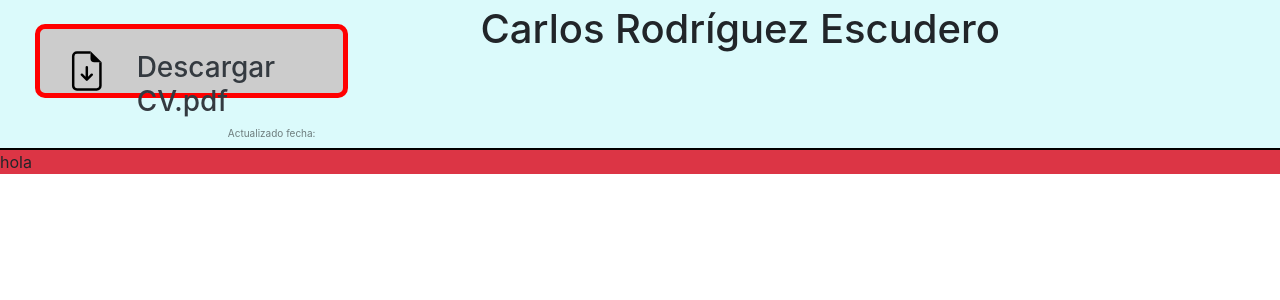
Repository: CarlosRoEs/CarlosWebCV
Page: index.html
An editor plug-in stored every save of this project. The page is shown before and after a run of saves, followed by the edit.
The browser window is 1280 px wide. The pictures show the whole page.
The style sheet was rebuilt from its Sass, Less or Tailwind sources for each picture, by a compiler version that may differ from the author's.

Above is the page before, as saved 2020-09-15 16:16:08.

After the next 2 saves:
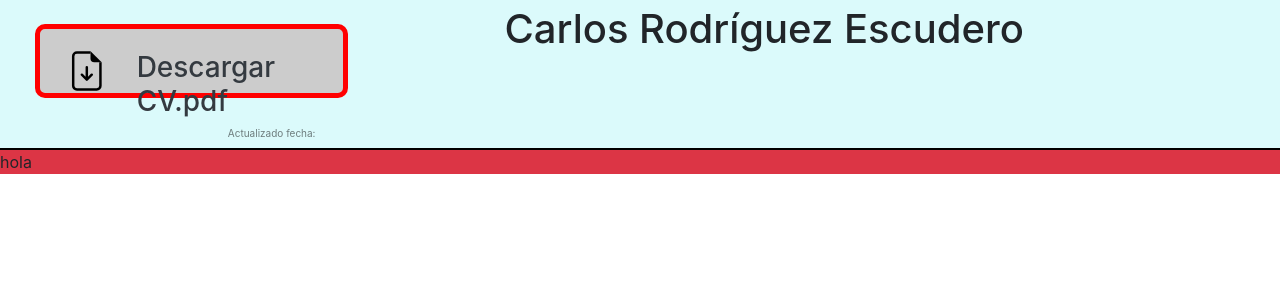
The 2 saves are shown as one change because they came seconds apart.
The last was saved 8 s later.
--- a/index.html
+++ b/index.html
@@ -29,7 +29,7 @@
                     <p class="col-12 text-right text-black-50">Actualizado fecha:</p>
                     </button>
                     <div class="col-8">
-                        <h1 class="mr-5">Carlos Rodríguez Escudero</h1>
+                        <h1 class="">Carlos Rodríguez Escudero</h1>
                     </div>
                 </header>
             </div>
